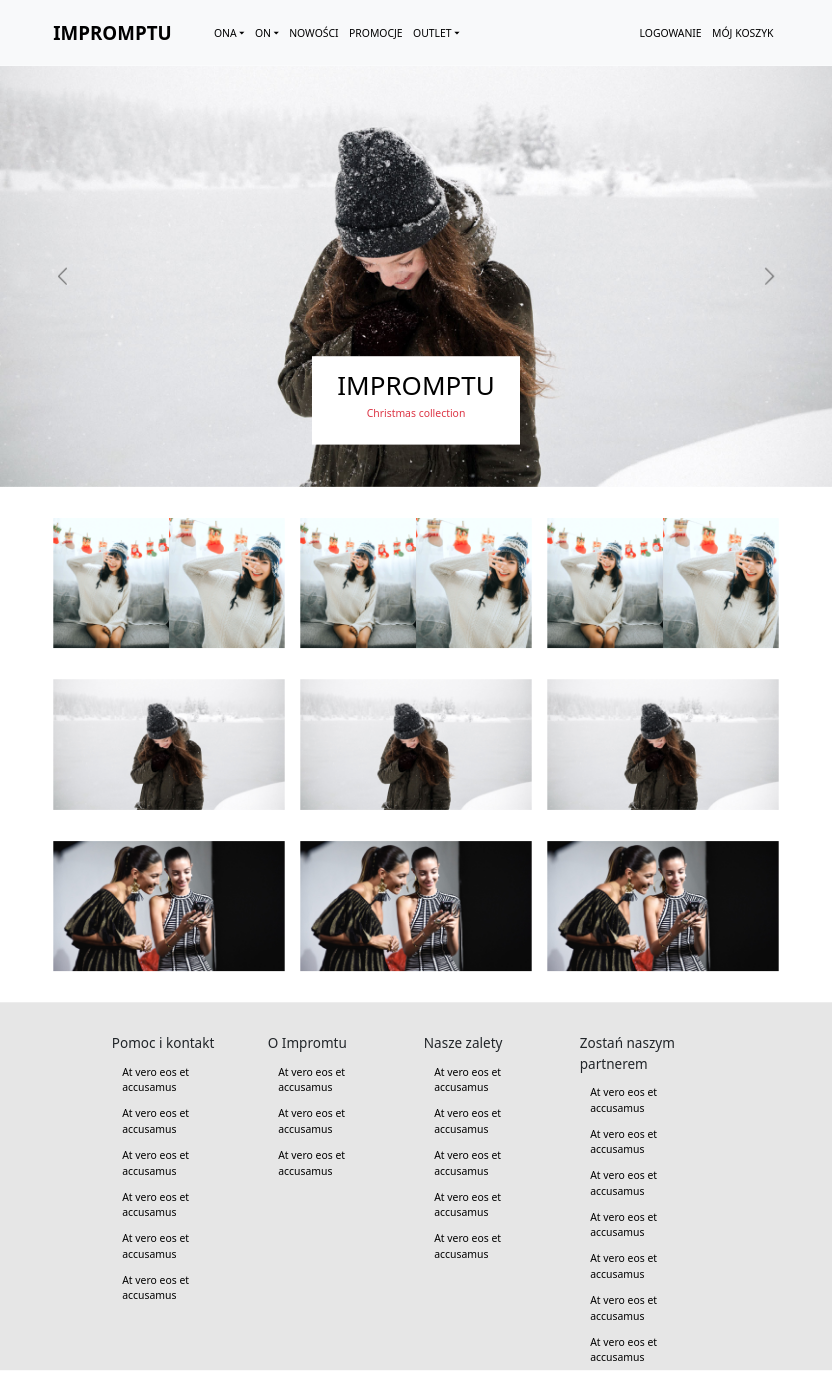
Repository: michalgornicki/Impromptu
Page: /
The author's editor kept a copy of each file at every save. The page is drawn from the files as they stood at one save, then again after a run of saves.
The browser window is 1280 px wide. The pictures show the whole page, at 65% of full size.
The project was rebuilt for these pictures with package versions that can differ from the ones it lists, and the page was loaded fresh each time.

Above is the page before, as saved 2021-12-23 14:25:33.

After the next 5 saves:
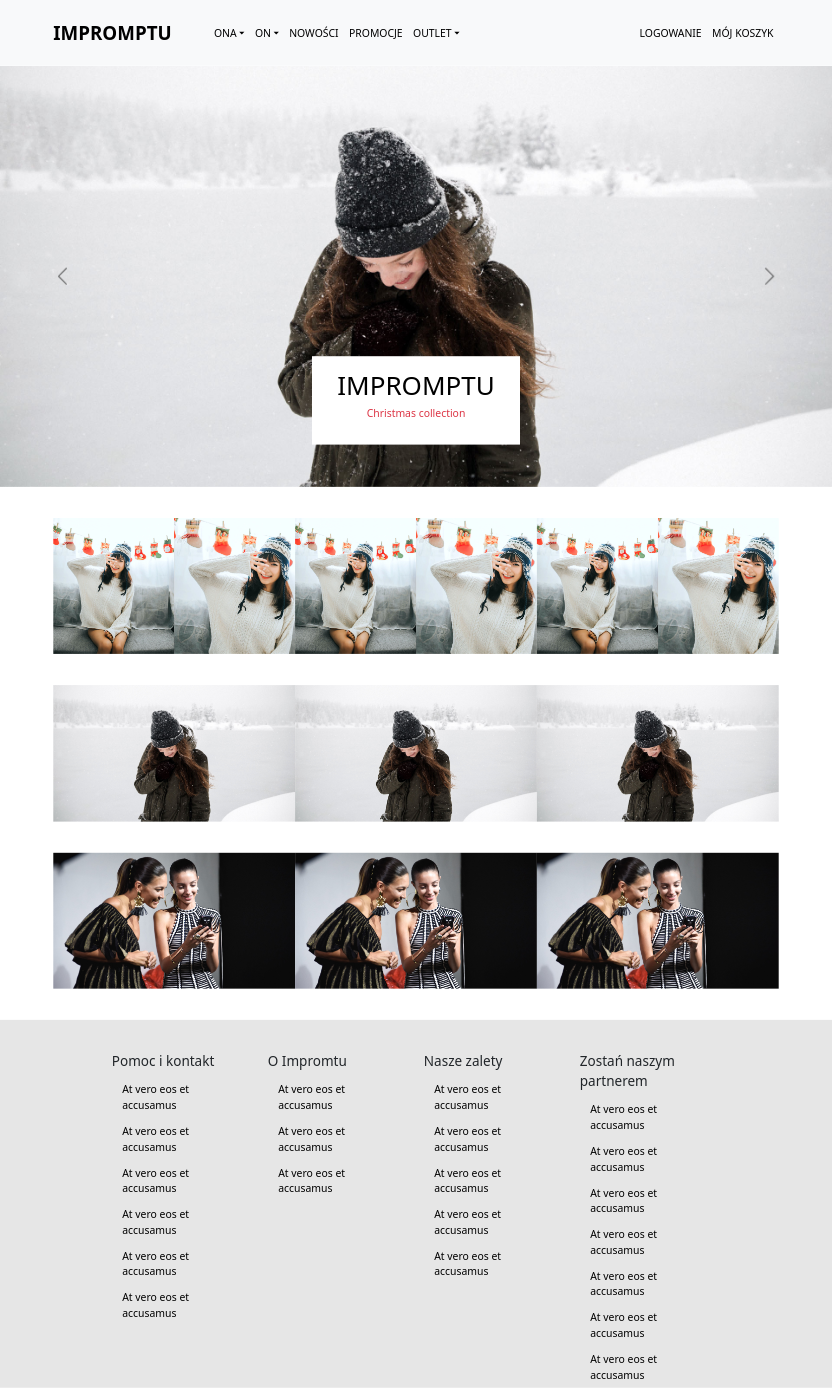
The 5 saves are shown as one change because they came seconds apart.
The last was saved 2 min 48 s later.
--- a/src/App.jsx
+++ b/src/App.jsx
@@ -192,21 +192,21 @@ function App() {
 </Carousel>
 
 <Container className="mt-5">
-<Row className="mb-5">
+<div className="mb-5">
   <img className="grid-item col-lg-4 col-md-3 col-xs-3" src={photo1} alt="" />
   <img className="grid-item col-lg-4 col-md-3 col-xs-3" src={photo1} alt="" />
   <img className="grid-item col-lg-4 col-md-3 col-xs-3" src={photo1} alt="" />
-</Row>
-<Row className="mb-5">
+</div>
+<div className="mb-5">
 <img className="grid-item col-lg-4 col-md-3 col-xs-3" src={photo2} alt="" />
   <img className="grid-item col-lg-4 col-md-3 col-xs-3" src={photo2} alt="" />
   <img className="grid-item col-lg-4 col-md-3 col-xs-3" src={photo2} alt="" />
-</Row>
-<Row className="mb-5">
+</div>
+<div className="mb-5">
 <img className="grid-item col-lg-4 col-md-3 col-xs-3" src={photo3} alt="" />
   <img className="grid-item col-lg-4 col-md-3 col-xs-3" src={photo3} alt="" />
   <img className="grid-item col-lg-4 col-md-3 col-xs-3" src={photo3} alt="" />
-</Row>
+</div>
 </Container>
 
 <Nav
